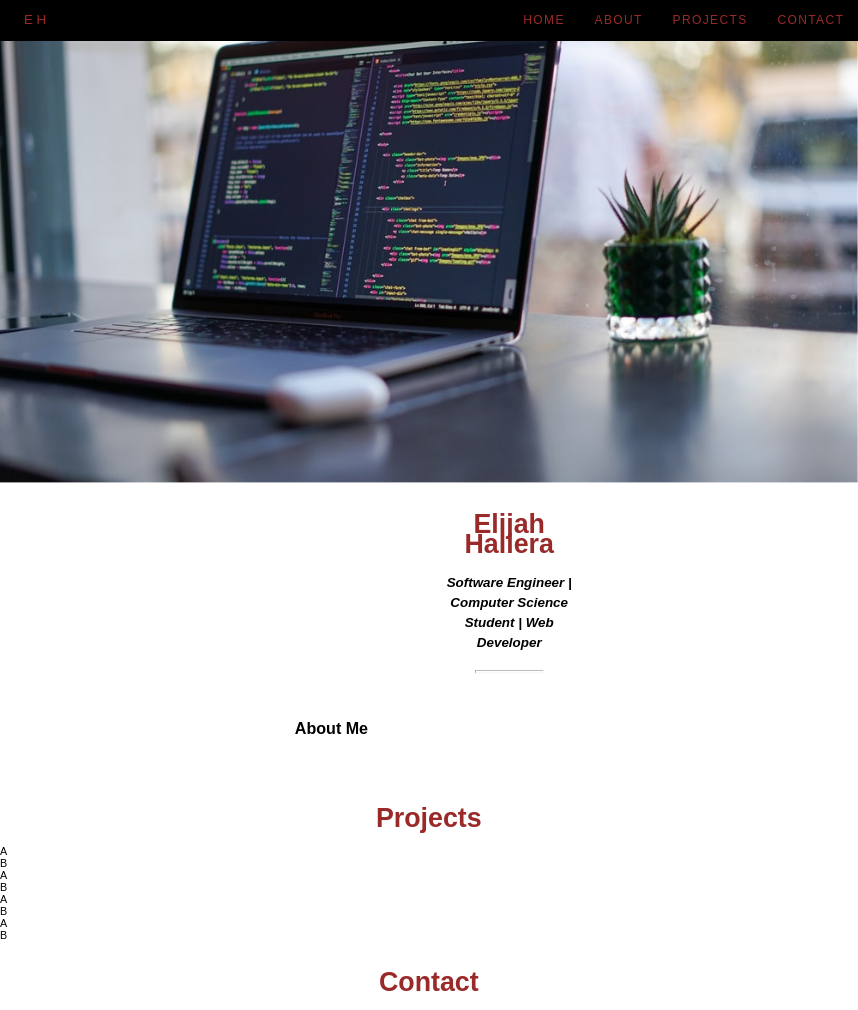
Repository: ElijahHallera/ElijahHallera.github.io
Page: http://localhost/
The author's editor kept a record of every edit. The page is drawn from the files as they stood at one moment, then again after the next edit.
The browser window is 1280 px wide. The pictures show the whole page, at 67% of full size.
Backgrounds fixed to the window are drawn as part of the page. The page is served by the project's Node server (index.js).

Above is the page before.

### views/Homepage.ejs
<%- include ('partials/header'); -%>

<!--

<div class="bg">
	<div class="centered">

		<div class="borderlines">
			<h3> Elijah Hallera </h3>
			<h2> Software Developer/Engineer</h2>
		</div>

		<nav>
			<a href= "/"> <button class="button btn btn-default"> Home </button></a>
			<a href= "/about"> <button class="button btn btn-default"> About </button></a>
			<a href= "/projects"> <button class="button btn btn-default"> Projects </button></a>
			<a href= "/contact"><button class="button btn btn-default"> Contact </button></a>
			</br>
			<a href="https://github.com/ElijahHallera"> <img class="gitIcon" src="images/git2.png"></a>
			<a href="https://www.linkedin.com/in/elijah-hallera-892278199/"><img class="linkedIcon" src="images/LinkedInLogo.png"></a>
		</nav>
	</div>

</div>

-->

<!-- NEW TEMPLATE FOR WEBSITE -->
<div class="wrapper" id="home">
	<header>
		<nav>
			<div class="websiteLogo">
				<a class="Logo" href="#home"> EH </a>
			</div>
			<div class="menu">
				<ul>
					<li><a href="#home">Home</a></li>
					<li><a href="#about">About</a></li>
					<li><a href="#projects">Projects</a></li>
					<li><a href="#contact">Contact</a></li>
				</ul>
			</div>
		</nav>
	</header>

	<div id="about" class="container">
		</br>
		<div class="content">
			<h1>Elijah Hallera</h1>
			<h4>Software Engineer | Computer Science Student | Web Developer</h4>
			<hr>
		</div>
		<div>
			<h2>About Me</h2>
		</div>
	</div>

	<div id="projects">
		</br>
		<div class="content">
			<h1>Projects</h1>
		</div>
		<div class="row">
			<div class="column"> A </div>
			<div class="column"> B </div>
			<div class="column"> A </div>
			<div class="column"> B </div>
		</div>
		<div class="row">
			<div class="column"> A </div>
			<div class="column"> B </div>
			<div class="column"> A </div>
			<div class="column"> B </div>
		</div>
	</div>

	<div id="contact">
		</br>
		<div class="content">
			<h1>Contact</h1>
		</div>
	</div>

</div>

### views/partials/header.ejs
<!DOCTYPE html>
<html>

  <head>
    <title>Hallera Portfolio</title>
    <meta charset="UTF-8">
    <meta name="viewport" content="width=device-width, initial-scale=1.0">
		<link rel='stylesheet' type='text/css' href='app.css'>
		<link rel="stylesheet" href="https://cdnjs.cloudflare.com/ajax/libs/font-awesome/4.7.0/css/font-awesome.min.css">
  </head>

  <body>

### index.js
/* App Configuration */
var express = require('express');
var methodOverride = require('method-override');

var app = express();
var port = process.env.PORT || 8080;

app.use(express.static('public'));
app.set('view engine', 'ejs');

/* Home Route */
app.get('/', function(req, res){
    res.render('Homepage');
});

app.get('/about', function(req, res){
    res.render('About');
});

app.get('/projects', function(req, res){
    res.render('Projects');
});

app.get('/contact', function(req, res){
    res.render('Contact');
});

/* Error Route*/
app.get('*', function(req, res){
   res.render('error');
});

app.listen(port, () => console.log(`Listening on port ${port}`));

### public/app.css
html, body{
  margin: 0;
  padding: 0;
  width: 100%;
}

html{
  scroll-behavior: smooth;
}

body{
  font-family: sans-serif;
}

header{
  width: 100%;
  height: 100vh;
  background-image: url("images/prog.jpg");
  background-repeat: no-repeat;
  background-size: cover;
  background-attachment: fixed;
}

h1{
  text-align: center;
  color: #9A2A2A;
}

h3{
  text-align: center;
}

h4{
  text-align: center;
  font-style: italic;
}

p{
  padding-left: 10px;
  padding-right: 10px;
}

nav{
  position: fixed;
  width: 100%;
  background-color: black;
}

nav ul{
  list-style: none;
  overflow: hidden;
  color: white;
  padding: 0;
  text-align: right;
  margin: 0;
}

nav.black ul{
  background: #000;
}

nav ul li{
  display: inline-block;
  padding: 20px;
}

nav ul li a{
  text-decoration: none;
  color: #9A2A2A;
  font-size: 18px;
  font-family: sans-serif;
  text-transform: uppercase;
  letter-spacing: 2px;
}

a.Logo{
  color: #9A2A2A;
  text-decoration: none;
}

hr{
  position: relative;
  width: 50%;
  height: 3px
}

.centered{
  position: fixed;
  top: 25%;
  left: 50%;
  transform: translate(-50%, -50%);
}

.content{
  width: 100%;
  font-size: 20px;
  line-height: 30px;
  text-align: justify;
}

.gitIcon{
  padding-top: 15px;
  width: 25px;
  height: auto;
  text-align: center;
}

.linkedIcon{
  padding-top: 15px;
  width: 25px;
  height: auto;
  text-align: center;
}

.profilePicture{
  position: center;
  height: 50%;
  width: 50%;
}

.websiteLogo{
  position: fixed;
  float: left;
  color: white;
  margin: 18px 36px;
  text-transform: uppercase;
  letter-spacing: 5px;
  font-size: 20px;
}

.container{
  margin: 20px auto;
  width:400px;
  height:400px;
  background-color:#fff;
  display:grid;
  grid-template-columns: 200px 200px;
  grid-row: auto auto;
  grid-column-gap: 20px;
  grid-row-gap: 20px;
  .box{
    background-color:#333;
    padding:20px;
    border-radius:10px;
    color:#fff;
    display:flex;
    align-items:center;
    justify-content:center;
    font-size:40px;
    font-family:sans-serif;
  }
}

After the next edit:
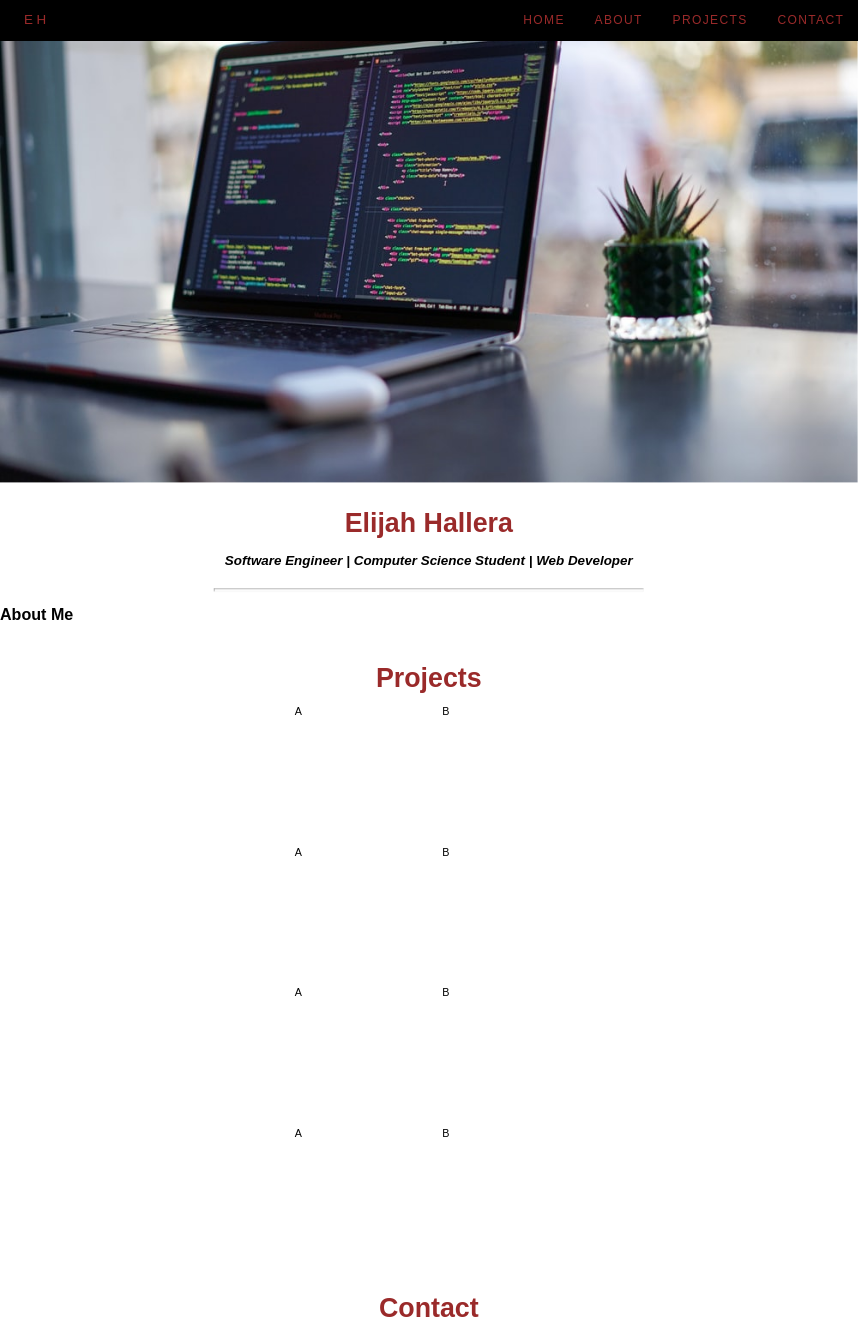
The edit:
--- a/public/app.css
+++ b/public/app.css
@@ -128,7 +128,7 @@
   font-size: 20px;
 }
 
-.container{
+.row{
   margin: 20px auto;
   width:400px;
   height:400px;
